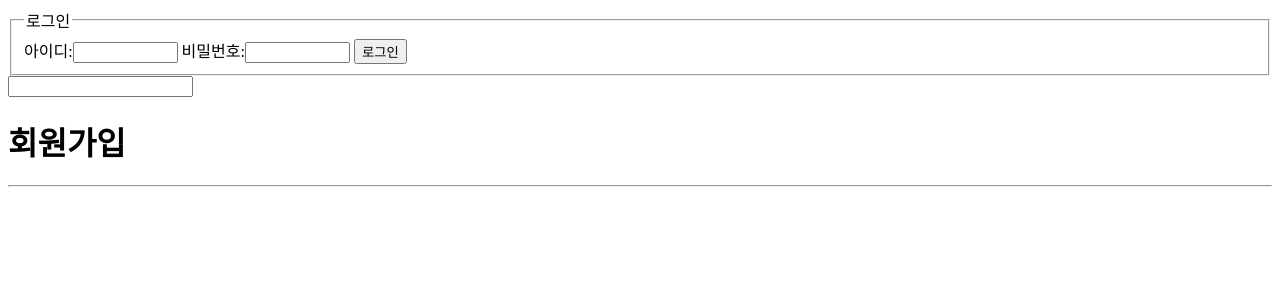
Repository: to-flatwhite1/JSP
Page: http://localhost/JSP/
An editor plug-in stored every save of this project. The page is shown before and after the next save, followed by the edit.
The browser window is 1280 px wide. The pictures show the whole page.
The page is served by Tomcat 9.

Above is the page before, as saved 2024-05-17 08:28:59.

After the next save:
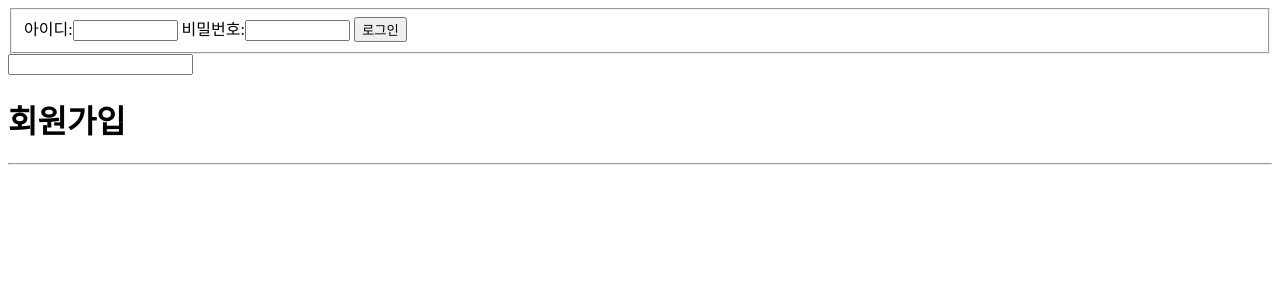
Saved 15 s later.
--- a/portfolio-master/JSP/src/main/webapp/index.jsp
+++ b/portfolio-master/JSP/src/main/webapp/index.jsp
@@ -10,7 +10,6 @@
 
 	<form method="get" action="next.jsp">
 	<fieldset>
-	<legend>로그인</legend>
 	아이디:<input type="text" id="user_id" size="10">
 	비밀번호:<input type="password" id="user_pw" size="10">
 	<input type="submit" value="로그인">
